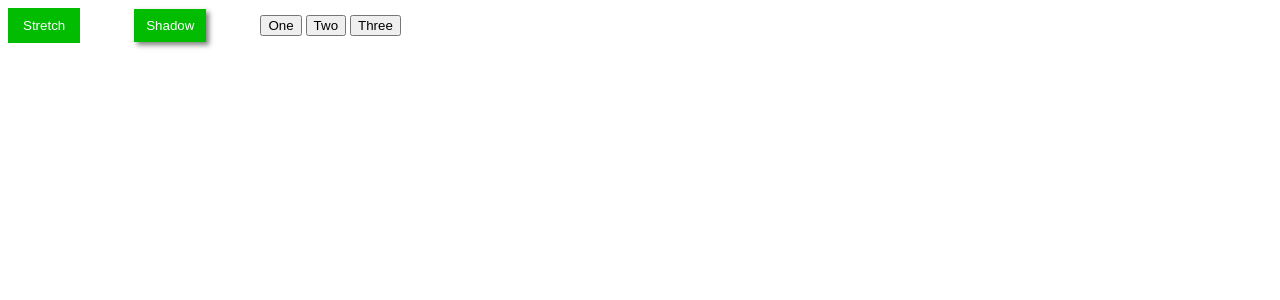
Repository: Kurumilli/Youtube
Page: 4i.html
These files come from the project's save history. The page is drawn as it stood at one moment and after the next save; the edit follows.
The browser window is 1280 px wide. The pictures show the whole page.

Above is the page before, as saved 2025-01-29 20:09:06.

After the next save:
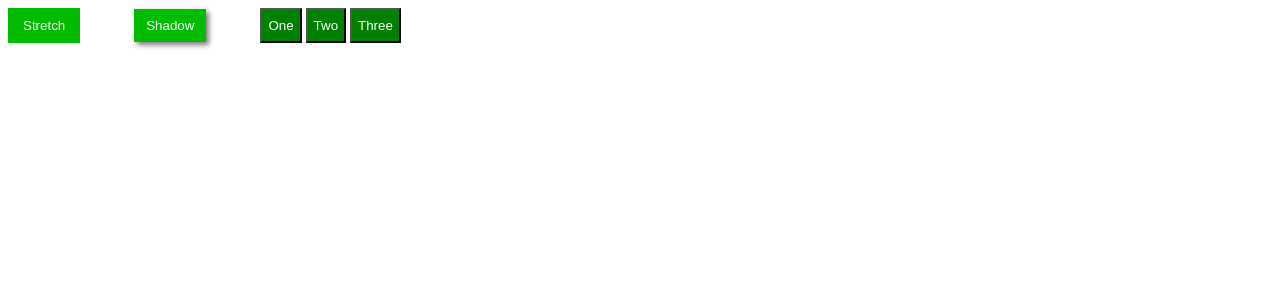
Saved 58 s later.
--- a/4i.html
+++ b/4i.html
@@ -42,6 +42,13 @@ box-shadow: 3px 3px 5px rgba(0,0,0,0.5);
     margin-left: 3px;
     box-shadow: none;
 }
+
+.stretch-button{
+    background-color: green;
+    color: white;
+    padding-top: 8px;
+    padding-bottom: 8px;
+}
 </style>
 
 
